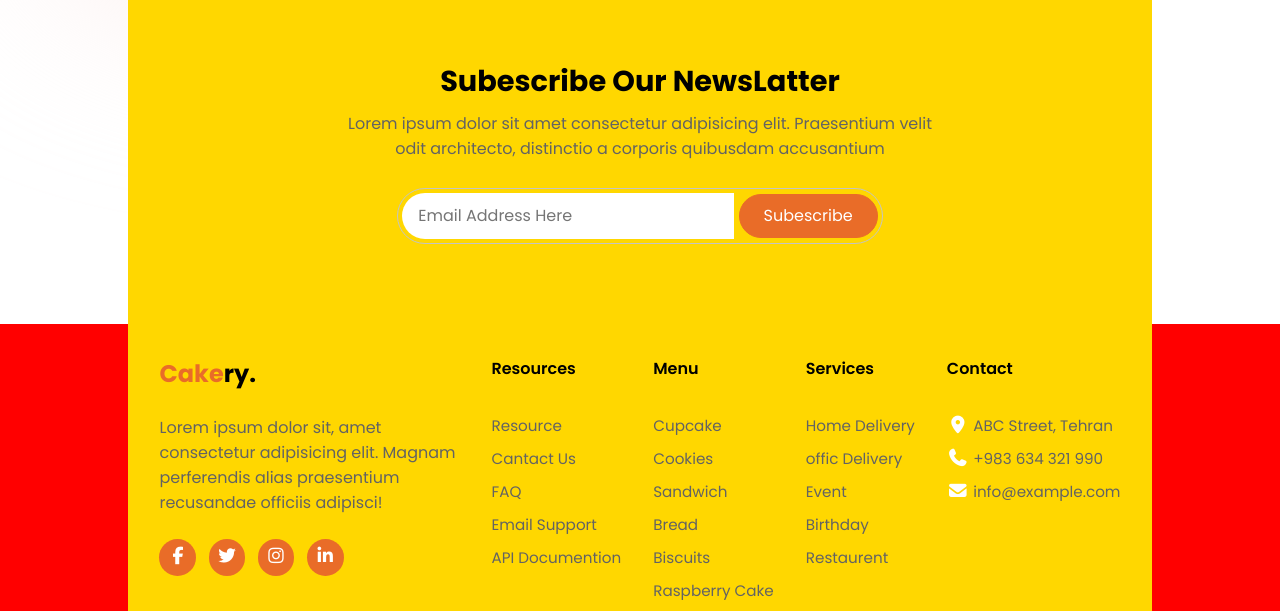
Repository: kingamirhosein100000-maker/cake.shop
Page: index.html
An editor plug-in stored every save of this project. The page is shown before and after the next save, followed by the edit.
The browser window is 1280 px wide. The pictures show the part of the page from y = 4552 to 5163 px (the page is 5163 px tall).
A picture or video elsewhere on the page could not be fetched, so the positions and the page height are approximate. Some web libraries are served in a nearby version.

Above is the page before, as saved 2026-01-29 18:15:52.

### index.html
<!DOCTYPE html>
<html lang="en">

<head>
    <meta charset="UTF-8">
    <meta name="viewport" content="width=device-width, initial-scale=1.0">
    <title>Bakery Website</title>
    <link rel="stylesheet" href="style.css">
    <link rel="stylesheet" href="https://cdnjs.cloudflare.com/ajax/libs/font-awesome/7.0.1/css/all.min.css" integrity="sha512-2SwdPD6INVrV/lHTZbO2nodKhrnDdJK9/kg2XD1r9uGqPo1cUbujc+IYdlYdEErWNu69gVcYgdxlmVmzTWnetw==" crossorigin="anonymous" referrerpolicy="no-referrer"
    />
</head>

<body>
    <!-- Header Part -->
    <header>
        <nav class="navbar container">
            <div class="logo">
                <a class="logo-txt" href="#">
                        Cake<span>ry.</span>
                    </a>

            </div>
            <ul class="navlist">
                <li>
                    <a href="#" class="navlinks active">
                            Home
                        </a>
                </li>
                <li>
                    <a href="#" class="navlinks">
                            About
                        </a>
                </li>
                <li>
                    <a href="#" class="navlinks">
                            Menu
                        </a>
                </li>
                <li>
                    <a href="#" class="navlinks">
                            Restaurent
                        </a>
                </li>
                <li>
                    <a href="#" class="navlinks">
                            Order
                        </a>
                </li>
                <li>
                    <a href="#" class="navlinks">
                            Contact
                        </a>
                </li>

            </ul>
            <div class="nav-icons">
                <a href="#" class="icons-link">
                    <i class="fa-solid  fa-user"></i>
                </a>
                <a href="#" class="icons-link">
                    <i class="fa-solid fa-shopping-cart"></i>

                </a>
            </div>
            <div class="hamburger">
                <div class="burger"></div>
                <div class="burger"></div>
                <div class="burger"></div>
            </div>
        </nav>
    </header>
    <!-- Section Parts -->
    <main>

        <!-- /* hero-section */ -->

        <section class="hero-section container">
            <div class="content">
                <div class="whatch">
                    <a href="#" class="icons-link">
                        <i class="fa-solid fa-play"></i>
                    </a>
                    <h3>Watch Video</h3>
                </div>
                <h1>The Perfect Baked Cake Everyday!</h1>
                <p>Lorem ipsum dolor sit, amet consectetur adipisicing elit. Facere laborum quaerat beatae molestiae explicabo asperiores, fugit harum quibusdam sit nesciunt illo.</p>
                <div class="btn-continer">
                    <button>Read More</button>
                    <button data-type="borderd-btn">Order Now</button>
                </div>
            </div>
            <div class="img-conteiner">
                <img src="img/cake.png" alt="عکس کیک ">
            </div>
        </section>
        <!-- Store section -->
        <section class="other-section container">
            <div class="column-canteiner">
                <h2>Welcome To Our Store</h2>
                <p data-type="centerd-txt">Lorem ipsum dolor sit amet consectetur adipisicing elit. Necessitatibus sit earum porro at! Officia, repellat. Modi, tempore minima.</p>
                <div class="card-conteiner">
                    <div class="card" data-type="category">
                        <img src="img/pastery.png">
                        <h3>Cake</h3>
                    </div>
                    <div class="card" data-type="category">
                        <img src="img/sandwich.png">
                        <h3>Sandwich</h3>
                    </div>
                    <div class="card" data-type="category">
                        <img src="img/cookie.png">
                        <h3>Cookie</h3>
                    </div>
                    <div class="card" data-type="category">
                        <img src="img/bread.png">
                        <h3>Bread</h3>
                    </div>
                </div>
            </div>
            </div>
        </section>
        <!-- About section -->
        <section class="other-section container">
            <div class="row-container">
                <div class="image-container">
                    <img src="img/cupcake.jpg">
                </div>


                <div class="content">
                    <h2>About<br> Cakery Bakery</h2>
                    <p>Lorem ipsum dolor sit amet, consectetur adipisicing elit. Laboriosam, necessitatibus nisi nemo, libero molestiae quas quibusdam incidunt voluptate adipisci consequatur ducimus autem</p>
                    <p>Lorem ipsum dolor sit amet consectetur adipisicing elit. Amet quidem rerum maiores quae saepe</p>
                    <button>Read More</button>
                </div>
            </div>
        </section>
        <!-- Featured Food -->

        <section class="other-section container">
            <div class="column-canteiner">
                <h2>Our Featured</h2>
                <p data-type="centerd-txt">Lorem ipsum dolor sit amet consectetur adipisicing elit. Praesentium velit odit architecto, distinctio a corporis quibusdam accusantium tempora </p>



                <div class="card-conteiner">
                    <div class="card" data-type="item">
                        <div class="image-part">
                            <img src="img/birthday cake.jpg">
                        </div>
                        <div class="detail">
                            <h4>$10.00</h4>
                            <h4>Birthday cake</h4>
                        </div>
                    </div>
                    <div class="card" data-type="item">
                        <div class="image-part">
                            <img src="img/muffins.jpg">
                        </div>
                        <div class="detail">
                            <h4>$17.00</h4>
                            <h4>muffins</h4>
                        </div>
                    </div>
                    <div class="card" data-type="item">
                        <div class="image-part">
                            <img src="img/waffles.jpg">
                        </div>
                        <div class="detail">
                            <h4>$19.00</h4>
                            <h4>waffles</h4>
                        </div>
                    </div>
                    <div class="card" data-type="item">
                        <div class="image-part">
                            <img src="img/pancake.jpg">
                        </div>
                        <div class="detail">
                            <h4>$25.00</h4>
                            <h4>pancake</h4>
                        </div>
                    </div>

                </div>



                <div class="card-conteiner">
                    <div class="card" data-type="item">
                        <div class="image-part">
                            <img src="img/piece cake.jpg">
                        </div>
                        <div class="detail">
                            <h4>$18.00</h4>
                            <h4> detail</h4>
                        </div>
                    </div>
                    <div class="card" data-type="item">
                        <div class="image-part">

                            <img src="img/cookies.jpg">
                        </div>
                        <div class="detail">
                            <h4>$16.00</h4>
                            <h4>cookies</h4>
                        </div>
                    </div>
                    <div class="card" data-type="item">
                        <div class="image-part">
                            <img src="img/raspberry cake.jpg">
                        </div>
                        <div class="detail">
                            <h4>$67.00</h4>
                            <h4>raspberry cake</h4>
                        </div>
                    </div>
                    <div class="card" data-type="item">
                        <div class="image-part">
                            <img src="img/donut.jpg">
                        </div>
                        <div class="detail">
                            <h4>$90.00</h4>
                            <h4>donut</h4>
                        </div>
                    </div>
                </div>
            </div>
        </section>
        <!-- App section -->
        <section class="other-section container">
            <div class="row-container">
                <div class="content">
                    <h2>App Is Soon <br> On App Store</h2>
                    <p>Lorem ipsum dolor sit, amet consectetur adipisicing elit. Consequuntur omnis sequi in fugiat iusto laborum, delectus magnam eum! Aspernatur quaerat ex excepturi.</p>
                    <div class="app-img">
                        <img src="img/app store.png" alt="App Store">
                        <img class="qqqq" src="img/play store.png" alt="Google Play">
                    </div>


                </div>
                <div class="img-conteiner">
                    <img src="img/bakery app.png">
                </div>
            </div>
        </section>
        <!-- Best Food section -->
        <section class="other-seimction container">
            <div class="row-container">
                <div class="img-conteiner">
                    <img src="img/creamy pancake.png">
                </div>
                <div class="content">
                    <h2>Best Sell <br> In This Week!</h2>
                    <div class="rating">
                        <h4>$15.00</h4>
                        <img src="img/five star ok.png">
                    </div>
                    <p>Lorem ipsum dolor sit, amet consectetur adipisicing elit. Commodi, libero soluta! Quia nostrum unde corrupti ratione quibusdam dolores sed, voluptatum aliquid possimus!</p>
                    <p>Lorem ipsum dolor sit amet, consectetur adipisicing elit. Voluptate cum mollitia culpa ullam numquam.</p>
                    <button>Buy Now</button>


                </div>
            </div>
        </section>
        <!-- NewsLatter section -->
        <section class="other-section container">
            <div class="column-canteiner">
                <h2>Subescribe Our NewsLatter</h2>
                <p data-type="centerd-txt">Lorem ipsum dolor sit amet consectetur adipisicing elit. Praesentium velit odit architecto, distinctio a corporis quibusdam accusantium</p>

                <form class="form-canteiner">
                    <input type="email" name="email" id="email" autocomplete="off" placeholder="Email Address Here">
                    <input type="submit" value="Subescribe" class="form-btn">
                </form>
            </div>
        </section>
    </main>
    <!-- Footer Parts -->
    <footer>
<div class="column-canteiner container">
    <div class="card-conteiner">

    <div class="column">
        <div class="logo">
                            <a class="logo-txt" href="#">
                        Cake<span>ry.</span>
                    </a>
        </div>

        <p data-type="balanced-txt">Lorem ipsum dolor sit, amet consectetur adipisicing elit. Magnam perferendis alias praesentium recusandae officiis adipisci!</p>
        <div class="icons">
            <a href="#" class="icons-link">
                <i class="fa-brands fa-facebook-f"></i>
            </a>
            <a href="#" class="icons-link">
                <i class="fa-brands fa-twitter"></i>
            </a>
            <a href="#" class="icons-link">
                <i class="fa-brands fa-instagram"></i>
            </a>
            <a href="#" class="icons-link">
                <i class="fa-brands fa-linkedin-in"></i>
            </a>
        </div>
    </div>
    <div class="column">
<h4>Resources</h4>
<ul class="footer-list">
    <li>
        <a href="#" class="footer-links">Resource</a>
    </li>
    <li>
        <a href="#" class="footer-links">Cantact Us</a>
    </li>
    <li>
        <a href="#" class="footer-links">FAQ</a>
    </li>
    <li>
        <a href="#" class="footer-links">Email Support</a>
    </li>
    <li>
        <a href="#" class="footer-links">API Documention</a>
    </li>
</ul>
    </div>
    <div class="column">
        <h4>Menu</h4>
        <ul class="footer-list">
    <li>
        <a href="#" class="footer-links">Cupcake</a>
    </li>
    <li>
        <a href="#" class="footer-links">Cookies</a>
    </li>
    <li>
        <a href="#" class="footer-links">Sandwich</a>
    </li>
    <li>
        <a href="#" class="footer-links">Bread</a>
    </li>
    <li>
        <a href="#" class="footer-links">Biscuits</a>
    </li>
    <li>
        <a href="#" class="footer-links">Raspberry Cake</a>
    </li>
</ul>
    </div>
    <div class="column">
        <h4>Services</h4>
<ul class="footer-list">
    <li>
        <a href="#" class="footer-links">Home Delivery</a>
    </li>
    <li>
        <a href="#" class="footer-links">offic Delivery</a>
    </li>
    <li>
        <a href="#" class="footer-links">Event</a>
    </li>
    <li>
        <a href="#" class="footer-links">Birthday</a>
    </li>
    <li>
        <a href="#" class="footer-links">Restaurent</a>
    </li>
</ul>
    </div>
    <div class="column">
        <h4>Contact</h4>
        <ul class="footer-list">
    <li>
        <i class="fa-solid fa-location-dot"></i>
        <a href="#" class="footer-links">
            ABC Street, Tehran
        </a>
    </li>
    <li>
<i class="fa-solid fa-phone"></i>
        <a href="#" class="footer-links">+983 634 321 990</a>
    </li>
    <li>
        <i class="fa-solid fa-envelope"></i>
        <a href="#" class="footer-links">info@example.com</a>
    </li>

</ul>
    </div>
    </div>
</div>

    </footer>
    <script src=" main.js "></script>
</body>

</html>

### style.css
                    @import url('https://fonts.googleapis.com/css2?family=Open+Sans:ital,wght@0,300..800;1,300..800&family=Poppins:ital,wght@0,100;0,200;0,300;0,400;0,500;0,600;0,700;0,800;0,900;1,100;1,200;1,300;1,400;1,500;1,600;1,700;1,800;1,900&family=Roboto:ital,wght@0,100..900;1,100..900&display=swap');

                    * {
                        margin: 0;
                        padding: 0;
                        box-sizing: border-box;
                        font-family: "Poppins", sans-serif;
                    }

                    :root {
                        --orange-clr: #E96C28;
                        --white-clr: #FFF;
                        --black-clr: #000;
                        --gray-clr: #636363;
                        --light-clr: #C4C4C4;
                        --dawn-pink: #FAE7E5;
                        --frosted-mint: #DCFEF9;
                    }

                    /* Header Parts */

                    .logo-txt {
                        font-size: 1.5rem;
                        color: var(--orange-clr);
                        font-weight: bold;
                    }

                    a {
                        text-decoration: none;
                    }

                    span {
                        color: var(--black-clr);
                    }

                    .navlist {
                        display: flex;
                        align-items: center;
                        gap: 2rem;
                    }

                    li {
                        list-style: none;
                    }

                    .navlinks {
                        color: var(--black-clr);
                        font-weight: 500;
                    }

                    .active,
                    .navlinks:hover {
                        color: var(--orange-clr);
                        transition: 0.4s;
                    }



                    .icons-link {
                        background: var(--orange-clr);
                        width: 2.3rem;
                        aspect-ratio: 1;
                        border-radius: 50%;
                        margin-right: .5rem;
                        display: inline-block;
                        text-align: center;
                        line-height: 2.3rem;
                        transition: .3s ease-in-out;
                    }

                    .icons-link:hover {
                        transform: translateY(-10%);
                    }

                    .fa-solid,
                    .fa-brands {
                        font-size: 1.1rem;
                        color: var(--white-clr);
                    }

                    header {
                        height: 13vh;

                    }

                    .navbar {
                        display: flex;
                        justify-content: space-between;
                        align-items: center;
                        height: 100%;

                    }

                    .container {
                        width: 80%;
                        margin: auto;
                    }

                    .hamburger {
                        cursor: pointer;
                        display: none;
                    }

                    .burger {
                        background: var(--black-clr);
                        width: 2.3rem;
                        height: .25rem;
                        margin: .3rem;
                        border-radius: 2rem;
                    }

                    /* Section Parts */
                    /* hero-section */

                    .hero-section {
                        height: calc(100vh - 13vh);
                        display: flex;
                        justify-content: space-between;
                        align-items: center;
                    }

                    .content {
                        flex: 1;
                    }

                    .img-conteiner {
                        flex: 1;
                        position: relative;
                    }

                    .img-conteiner::before {
                        content: '';
                        position: absolute;
                        top: 50%;
                        right: 0;
                        background: var(--dawn-pink);
                        width: 35rem;
                        height: 30vh;
                        border-radius: 50%;
                        z-index: -1;
                        filter: blur(100px);
                    }

                    img {
                        max-width: 100%;
                        height: auto;
                    }

                    h1 {
                        font-size: 3.5rem;
                        line-height: 4rem;
                        margin-top: 1rem;
                    }

                    .whatch {
                        display: flex;
                        align-items: center;
                        gap: .5rem;
                    }

                    p {
                        color: var(--gray-clr);
                        margin-block: 1.5rem;
                        max-width: 500px;
                    }

                    .btn-continer {
                        display: flex;
                        gap: 1.5rem;
                    }

                    button,
                    .form-btn {
                        background: var(--orange-clr);
                        color: var(--white-clr);
                        border: .1rem solid var(--orange-clr);
                        padding: .55rem 1.5rem;
                        border-radius: 5rem;
                        font-size: 1rem;
                    }

                    [data-type='borderd-btn'] {
                        background: transparent;
                        color: var(--orange-clr);
                    }

                    /* <!-- Store section --> */

                    .other-section {
                        padding-block: 5rem;
                    }

                    .row-conteiner {
                        display: flex;
                        flex-direction: row;
                        justify-content: center;
                        align-items: center;
                        gap: 5rem;
                    }

                    .column-canteiner {
                        display: flex;
                        flex-direction: column;
                        justify-content: center;
                        align-items: center;
                    }

                    h2 {
                        font-size: 1.8rem;
                    }

                    [ data-type="centerd-txt"] {
                        text-align: center;
                        max-width: 600px;
                        margin-block: .5em;
                    }

                    .card-conteiner {
                        display: flex;
                        justify-content: center;
                        flex-wrap: wrap;
                        gap: 2rem;
                        margin-top: 2rem;
                    }

                    .card {
                        width: 15rem;
                        text-align: center;
                        border-radius: 1rem;
                        box-shadow: rgba(0, 0, 0, 0.16) 0px 1px 4px;
                        transition: .2s ease-in-out;
                    }

                    .card:hover {
                        box-shadow: rgba(50, 50, 93, 0.25) 0px 13px 27px -5px, rgba(0, 0, 0, .3) 0px 8px 16px -8px;
                    }

                    .row-container {
                        display: flex;
                        flex-direction: row;
                        justify-content: space-between;
                        align-items: center;
                        gap: 4.5rem;
                    }

                    /* <!-- Featured Food --> */

                    h4 {
                        font-weight: 600;
                    }

                    [ data-type="category"] {
                        padding-block: 2.5rem;
                    }

                    [data-type="item"] {
                        padding-bottom: 1.5rem;
                        overflow: hidden;
                    }

                    .image-part img {
                        width: 100%;
                        height: 100%;
                        object-fit: cover;
                    }

                    .detail {
                        margin-top: 1rem;
                    }

                    /* <!-- App section --> */

                    .app-img {
                        display: flex;
                        gap: 1rem;
                        width: 100%;
                        height: 4rem;
                    }

                    .app-img img {
                        width: 180px;
                        /* هم‌سایز */
                        height: 55px;
                        object-fit: contain;
                        border-radius: 12px;
                        /* گوشه‌های گرد */
                        background: #000;
                        /* برای PNG شفاف */
                        padding: 6px 10px;
                        transition: all 0.3s ease;
                    }

                    /* افکت هاور */

                    .app-img img:hover {
                        transform: translateY(-3px);
                        box-shadow: 0 10px 25px rgba(0, 0, 0, 0.25);
                        cursor: pointer;
                    }

                    /* <!-- Best Food section --> */

                    .rating img {
                        width: 6rem;
                    }

                    .rating h4 {
                        color: var(--orange-clr);
                        font-size: 1.3rem;
                    }

                    .rating {
                        display: flex;
                        align-items: center;
                        gap: 2rem;
                        margin-top: 1rem;
                    }

                    /* <!-- NewsLatter section --> */

                    .form-canteiner {
                        margin-top: 1.2rem;
                        border: .02rem solid var(--light-clr);
                        height: 3.5rem;
                        border-radius: 5rem;
                        padding: .25rem;
                    }

                    input[type="email"] {
                        height: 100%;
                        border-radius: 5rem 0 0 5rem;
                        border: none;
                        font-size: 1rem;
                        padding-left: 1rem;
                    }

                    input:focus {
                        outline: none;
                    }

                    /* footer section */
                    .footer-links {
                        font-size: .95rem;
                        color: var(--gray-clr);

                    }

                    .footer-list {
                        margin-top: 2rem;
                    }

                    .footer-list li {
                        margin-block: .5rem;
                    }

                    [data-type="balanced-txt"] {
                        max-width: 300px;
                    }

                    footer {
                        background: red;
                    }

                    .container {
                        background: gold;
                    }

Loaded but not shown: main.js (13 lines, source omitted)

After the next save:
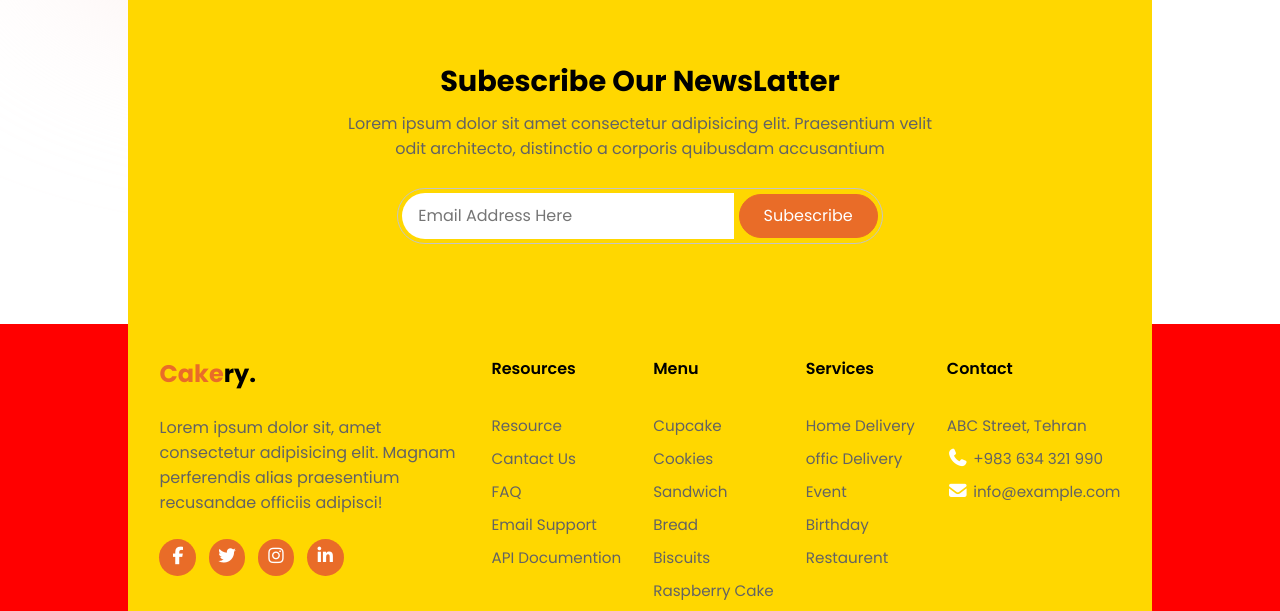
Saved 76 s later.
--- a/index.html
+++ b/index.html
@@ -373,7 +373,7 @@
         <h4>Contact</h4>
         <ul class="footer-list">
     <li>
-        <i class="fa-solid fa-location-dot"></i>
+
         <a href="#" class="footer-links">
             ABC Street, Tehran
         </a>
